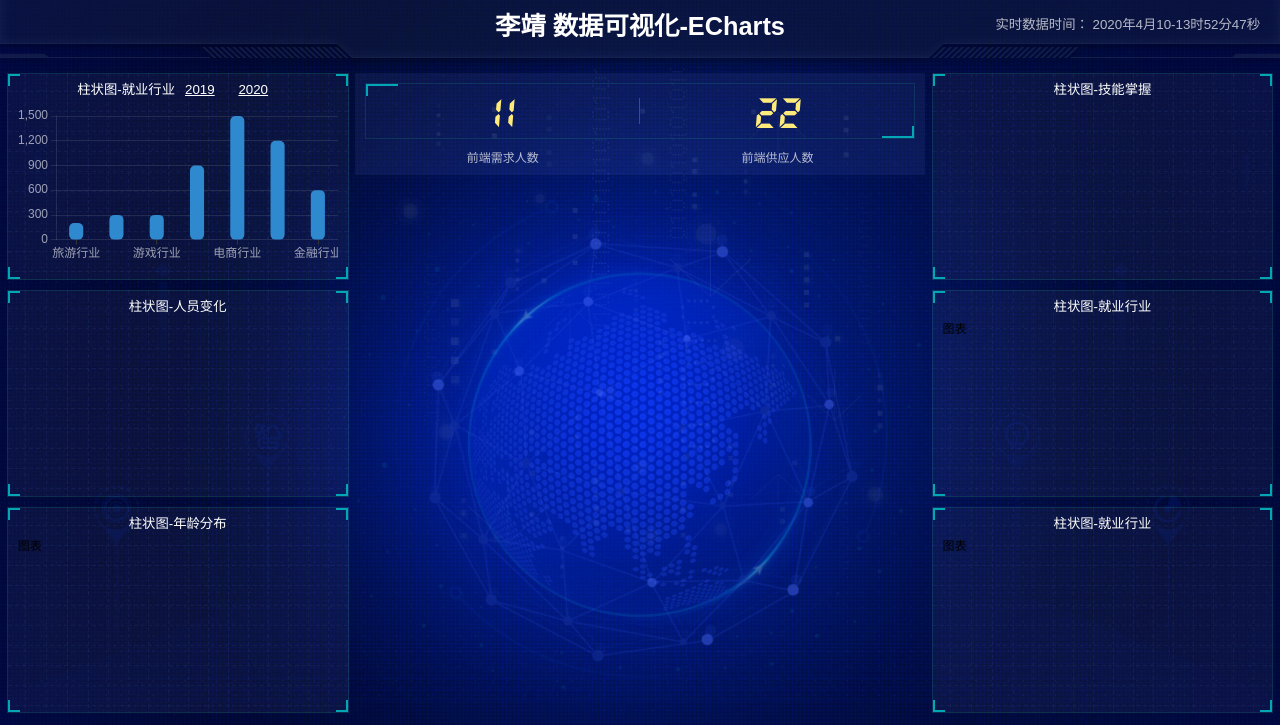
Repository: Jasonlee6789/ECharts
Page: Echarts/index.html
An editor plug-in stored every save of this project. The page is shown before and after the next save, followed by the edit.
The browser window is 1280 px wide. The pictures show the whole page.
The style sheet was rebuilt from its Sass, Less or Tailwind sources for each picture, by a compiler version that may differ from the author's.

Above is the page before, as saved 2020-05-22 13:21:19.
Console error: ReferenceError: $ is not defined

After the next save:
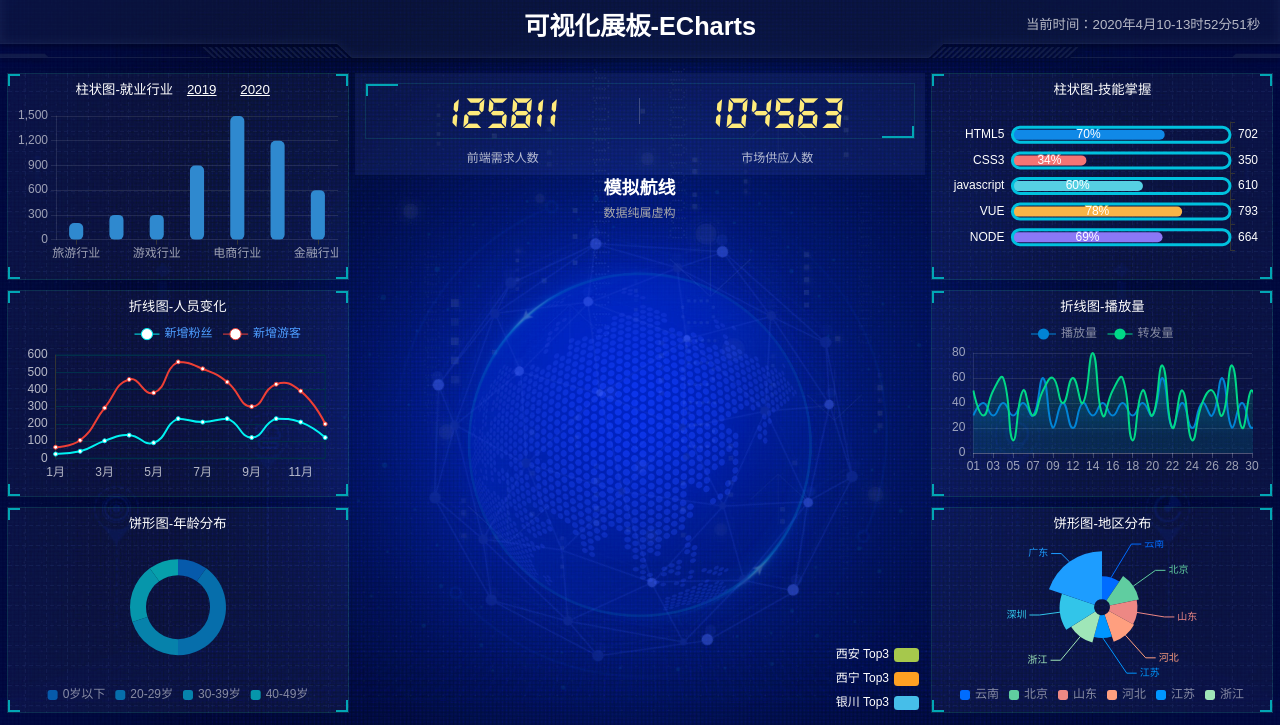
The error is gone.
Saved 7 min 7 s later.
--- a/Echarts/index.html
+++ b/Echarts/index.html
@@ -2,81 +2,89 @@
 <html lang="en">
 
 <head>
-    <meta charset="UTF-8">
-    <meta name="viewport" content="width=device-width, initial-scale=1.0">
-    <title>ECharts-Jing</title>
-    <link rel="stylesheet" href="css/index.css">
-
+    <meta charset="UTF-8" />
+    <meta name="viewport" content="width=device-width, initial-scale=1.0" />
+    <title>Document</title>
+    <link rel="stylesheet" href="css/index.css" />
 </head>
 
 <body>
-
     <header>
-        <h1>李靖 数据可视化-ECharts</h1>
-        <div class="showTime"></div>
+        <h1>可视化展板-ECharts</h1>
+        <div class="showTime">当前时间：2020年3月17-0时54分14秒</div>
         <script>
             var t = null;
-            t = setTimeout(time, 1000); // start running time
+            t = setTimeout(time, 1000); //開始运行
             function time() {
                 clearTimeout(t); //清除定时器
                 dt = new Date();
                 var y = dt.getFullYear();
                 var mt = dt.getMonth() + 1;
                 var day = dt.getDate();
-                var h = dt.getHours();
-                var m = dt.getMinutes();
-                var s = dt.getSeconds();
-                document.querySelector(".showTime").innerHTML = "实时数据时间： " + y + "年" + mt + "月" +
-                    day + "-" + h + "时" + m + "分" + s + "秒";
-                t = setTimeout(tme, 1000); //设置定时器，循环运行
+                var h = dt.getHours(); //获取时
+                var m = dt.getMinutes(); //获取分
+                var s = dt.getSeconds(); //获取秒
+                document.querySelector(".showTime").innerHTML =
+                    "当前时间：" +
+                    y +
+                    "年" +
+                    mt +
+                    "月" +
+                    day +
+                    "-" +
+                    h +
+                    "时" +
+                    m +
+                    "分" +
+                    s +
+                    "秒";
+                t = setTimeout(time, 1000); //设定定时器，循环运行
             }
         </script>
     </header>
-    <div class="mainbox">
+    <section class="mainbox">
         <div class="column">
             <div class="panel bar">
-                <h2>柱状图-就业行业<a href="javascript:;">2019</a>
-                    <a href="javacript:;"> 2020</a></h2>
+                <h2>
+                    柱状图-就业行业 <a href="javascript:;">2019</a>
+                    <a href="javacript:;"> 2020</a>
+                </h2>
                 <div class="chart"></div>
                 <div class="panel-footer"></div>
             </div>
             <div class="panel line">
-                <h2>柱状图-人员变化</h2>
+                <h2>折线图-人员变化</h2>
                 <div class="chart"></div>
                 <div class="panel-footer"></div>
             </div>
             <div class="panel pie">
-                <h2>柱状图-年龄分布</h2>
-                <div class="chart">图表</div>
+                <h2>饼形图-年龄分布</h2>
+                <div class="chart"></div>
                 <div class="panel-footer"></div>
             </div>
         </div>
-
         <div class="column">
-            <!-- num模块制作 -->
             <div class="no">
                 <div class="no-hd">
                     <ul>
-                        <li>11</li>
-                        <li>22</li>
+                        <li>125811</li>
+                        <li>104563</li>
                     </ul>
                 </div>
                 <div class="no-bd">
                     <ul>
                         <li>前端需求人数</li>
-                        <li>前端供应人数</li>
+                        <li>市场供应人数</li>
                     </ul>
                 </div>
             </div>
-            <!-- 中国地图模块 -->
             <div class="map">
+                <div class="chart"></div>
                 <div class="map1"></div>
                 <div class="map2"></div>
                 <div class="map3"></div>
-                <div class="chart"></div>
             </div>
         </div>
-
         <div class="column">
             <div class="panel bar1">
                 <h2>柱状图-技能掌握</h2>
@@ -84,23 +92,22 @@
                 <div class="panel-footer"></div>
             </div>
             <div class="panel line1">
-                <h2>柱状图-就业行业</h2>
-                <div class="chart">图表</div>
+                <h2>折线图-播放量</h2>
+                <div class="chart"></div>
                 <div class="panel-footer"></div>
             </div>
             <div class="panel pie1">
-                <h2>柱状图-就业行业</h2>
-                <div class="chart">图表</div>
+                <h2>饼形图-地区分布</h2>
+                <div class="chart"></div>
                 <div class="panel-footer"></div>
             </div>
         </div>
-    </div>
-
+    </section>
     <script src="js/flexible.js"></script>
+    <script src="js/jquery.js"></script>
     <script src="js/echarts.min.js"></script>
     <script src="js/index.js"></script>
     <script src="js/china.js"></script>
-
 </body>
 
 </html>
